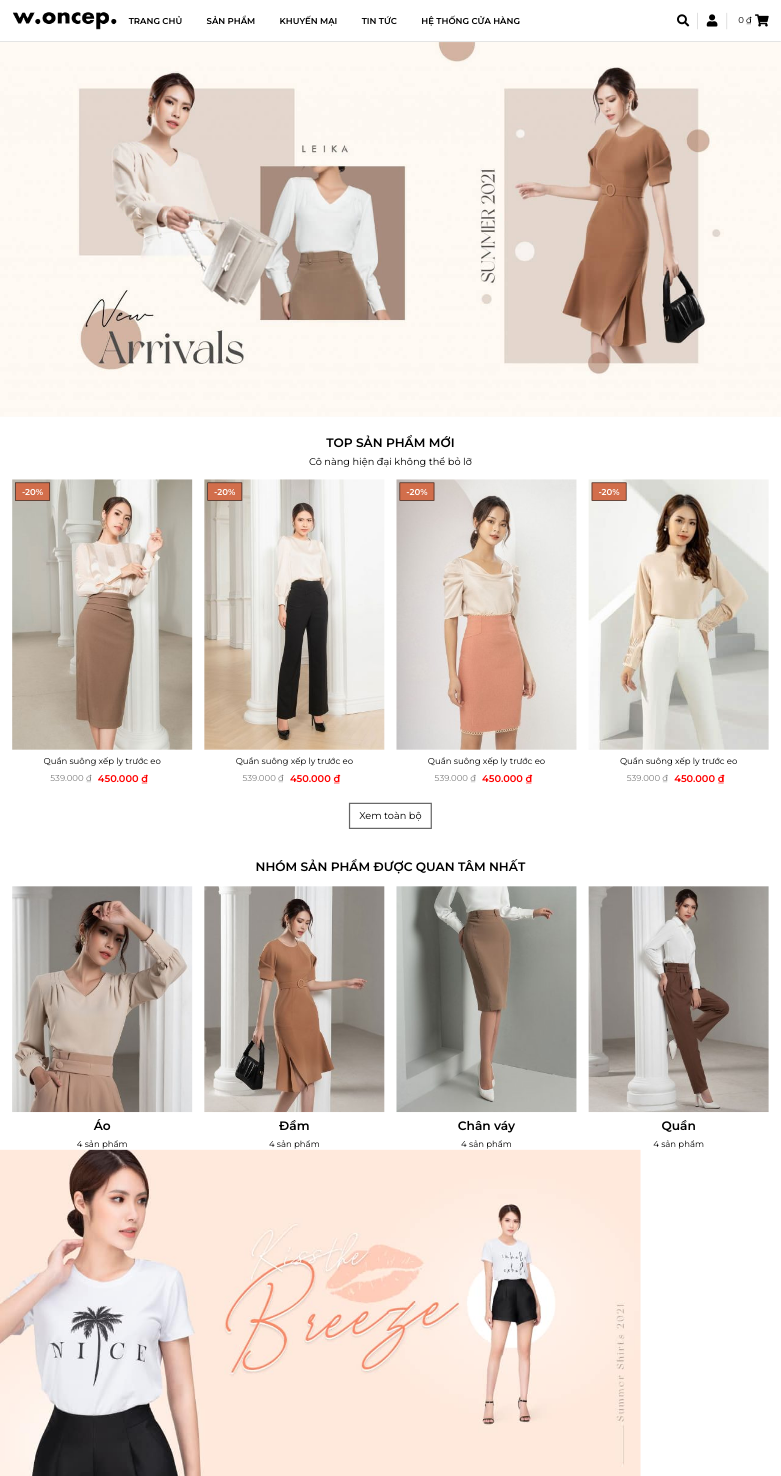
Repository: Nguyenductuan-dev/bt_j2team
Page: index.html
An editor plug-in stored every save of this project. The page is shown before and after the next save, followed by the edit.
The browser window is 1280 px wide. The pictures show the whole page, at 61% of full size.

Above is the page before, as saved 2021-12-12 16:52:31.

After the next save:
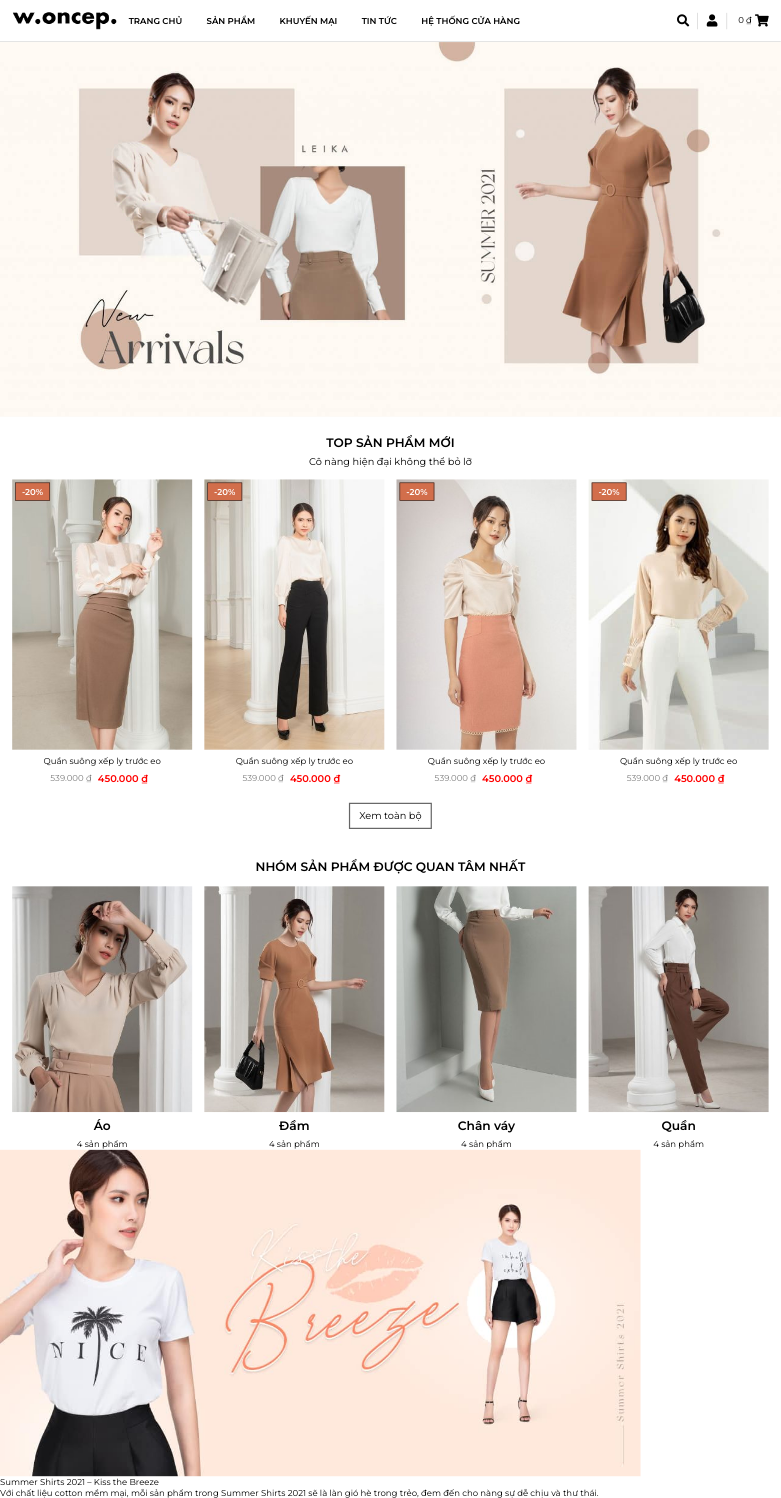
Saved 101 s later.
--- a/index.html
+++ b/index.html
@@ -213,6 +213,13 @@
             <div class="home_collection">
                 <a href="" class="home_collection-link">
                     <img src="./images/banner2.jpg" alt="" class="home_collection-img">
+                    <h3 class="home_collection-title">
+                        Summer Shirts 2021 – Kiss the Breeze
+                    </h3>
+                    <p class="home_collection-descriptin">
+                        Với chất liệu cotton mềm mại, mỗi sản phẩm trong Summer Shirts 2021 sẽ là làn gió hè trong trẻo,
+                        đem đến cho nàng sự dễ chịu và thư thái.
+                    </p>
                 </a>
             </div>
         </div>
